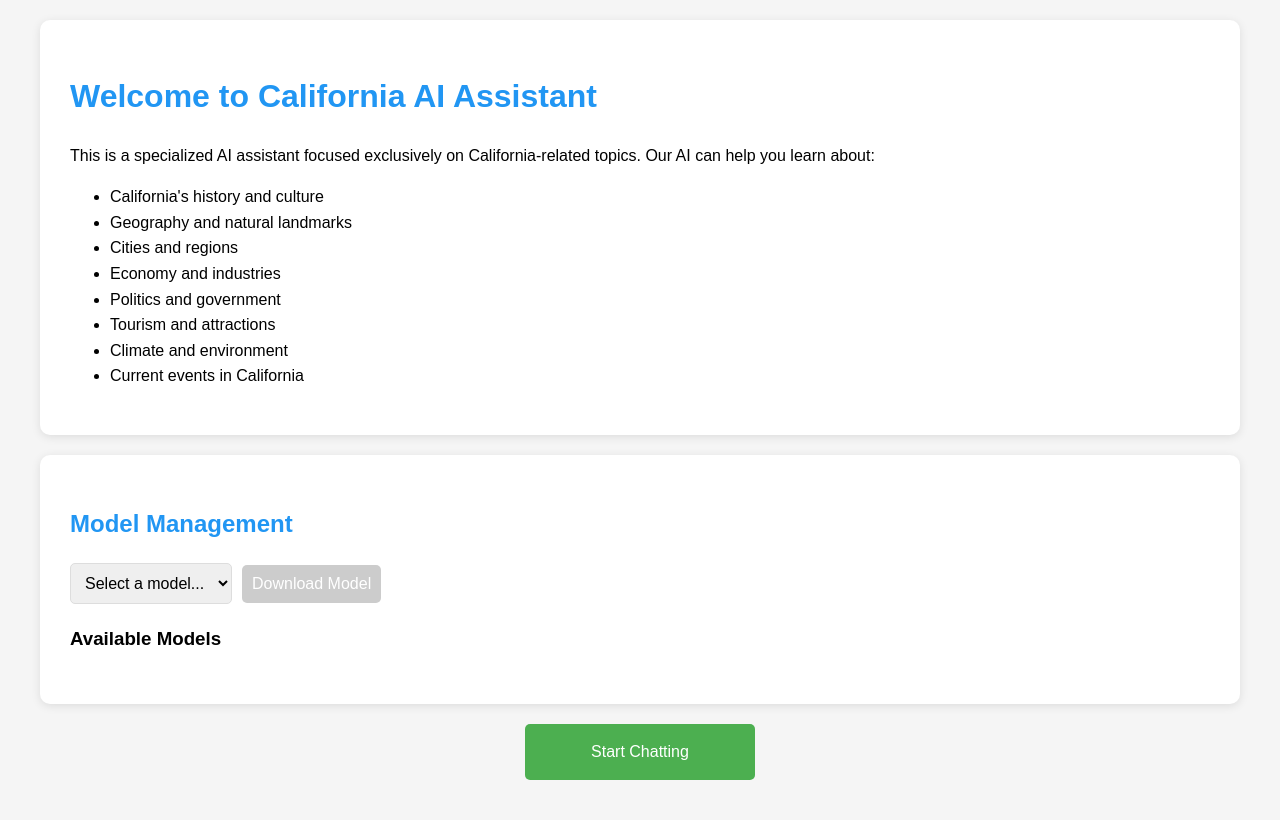
Repository: RR-SparrowUp/lightning-Ollama
Page: templates/Home.html
An editor plug-in stored every save of this project. The page is shown before and after the next save, followed by the edit.
The browser window is 1280 px wide. The pictures show the whole page.
The page's requests for data from a server got no answer.

Above is the page before, as saved 2025-01-30 15:25:49.

After the next save:
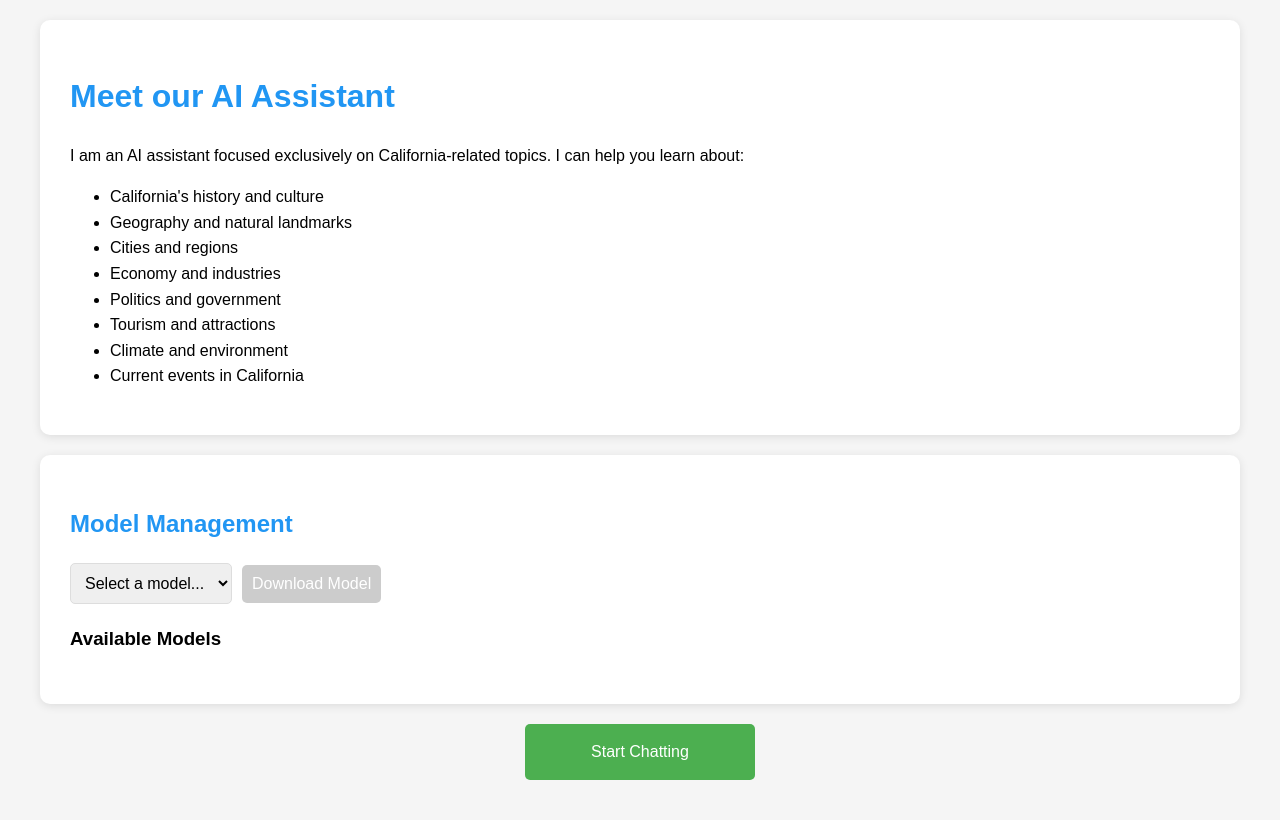
Saved 33 min 57 s later.
--- a/templates/Home.html
+++ b/templates/Home.html
@@ -139,8 +139,8 @@
 </head>
 <body>
     <div class="container">
-        <h1>Welcome to California AI Assistant</h1>
-        <p>This is a specialized AI assistant focused exclusively on California-related topics. Our AI can help you learn about:</p>
+        <h1>Meet our AI Assistant</h1>
+        <p>I am an AI assistant focused exclusively on California-related topics. I can help you learn about:</p>
         <ul>
             <li>California's history and culture</li>
             <li>Geography and natural landmarks</li>
@@ -158,7 +158,6 @@
         <div class="model-controls">
             <select id="modelSelect">
                 <option value="">Select a model...</option>
-                <!-- Models will be populated via JavaScript -->
             </select>
             <button onclick="downloadModel()" id="downloadBtn" disabled>Download Model</button>
             <div id="loading">Downloading model... Please wait...</div>
@@ -173,14 +172,12 @@
 
         <h3>Available Models</h3>
         <div id="modelList" class="model-list">
-            <!-- Available models will be listed here -->
         </div>
     </div>
 
     <a href="/chat" class="start-chat">Start Chatting</a>
 
     <script>
-        // List of supported Ollama models
         const AVAILABLE_MODELS = [
             'llama2',
             'mistral',
@@ -192,7 +189,7 @@
             'qwen'
         ];
 
-        // Populate model select dropdown
+
         function populateModels() {
             const select = document.getElementById('modelSelect');
             AVAILABLE_MODELS.forEach(model => {
@@ -203,12 +200,11 @@
             });
         }
 
-        // Enable/disable download button based on selection
         document.getElementById('modelSelect').addEventListener('change', function() {
             document.getElementById('downloadBtn').disabled = !this.value;
         });
 
-        // Download selected model
+
         async function downloadModel() {
             const modelName = document.getElementById('modelSelect').value;
             const loadingDiv = document.getElementById('loading');
@@ -228,7 +224,7 @@
             progressText.textContent = 'Starting download...';
 
             try {
-                // Start the download
+
                 const response = await fetch('/download_model', {
                     method: 'POST',
                     headers: {
@@ -240,7 +236,6 @@
                 const data = await response.json();
 
                 if (data.success) {
-                    // Poll for progress updates
                     const progressInterval = setInterval(async () => {
                         const progressResponse = await fetch(`/download_progress/${modelName}`);
                         const progressData = await progressResponse.json();
@@ -275,7 +270,7 @@
             }
         }
 
-        // Update list of downloaded models
+
         async function updateModelList() {
             try {
                 const response = await fetch('/list_models');
@@ -298,7 +293,6 @@
             }
         }
 
-        // Delete a model
         async function deleteModel(modelName) {
             if (!confirm(`Are you sure you want to delete ${modelName}?`)) return;
 
@@ -320,7 +314,7 @@
             }
         }
 
-        // Initialize page
+
         document.addEventListener('DOMContentLoaded', function() {
             populateModels();
             updateModelList();
